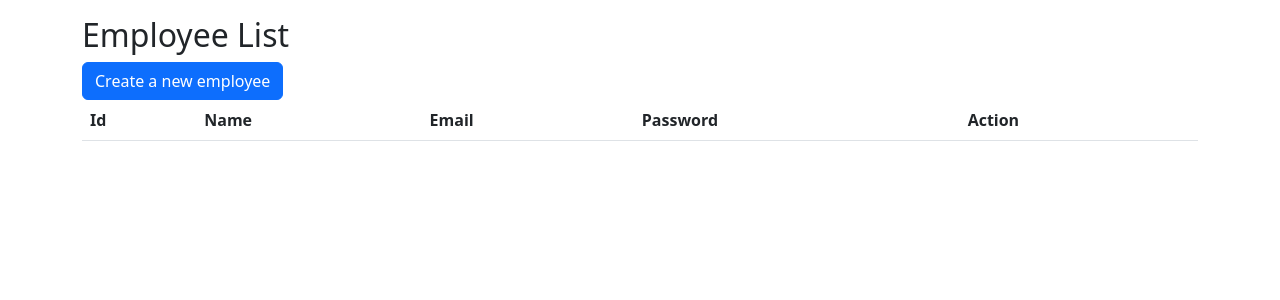
Repository: HoangLinh2001/PHP
Page: http://localhost/list_employee.php
The author's editor kept a copy of each file at every save. The page is drawn from the files as they stood at one save, then again after the next save.
The browser window is 1280 px wide. The pictures show the whole page.
The page is run by PHP 8.4 with error messages shown; the project is at /var/www/html/. Queries for data that is not in the repository find no rows.

Above is the page before, as saved 2023-06-21 14:55:30.

After the next save:
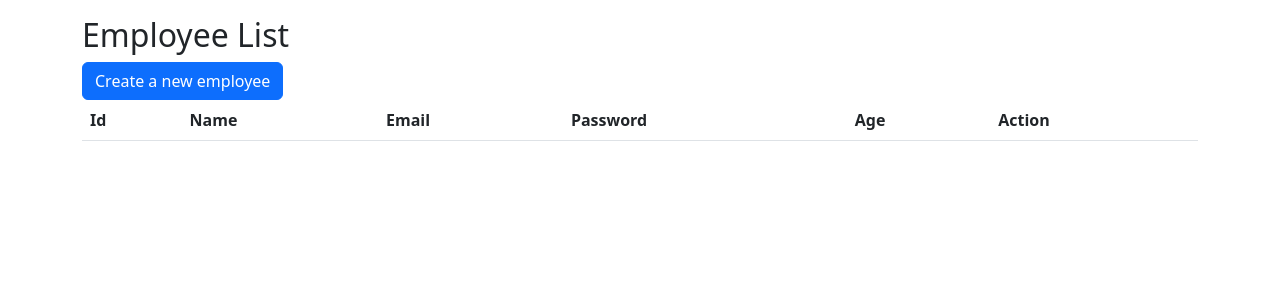
Saved 7 min 26 s later.
--- a/DEMOPHPBUOI2/list_employee.php
+++ b/DEMOPHPBUOI2/list_employee.php
@@ -25,6 +25,7 @@ $result = $con -> query($sql);
                     <th>Name</th>
                     <th>Email</th>
                     <th>Password</th>
+                    <th>Age</th>
                     <th>Action</th>
                 </tr>
             </thead>
